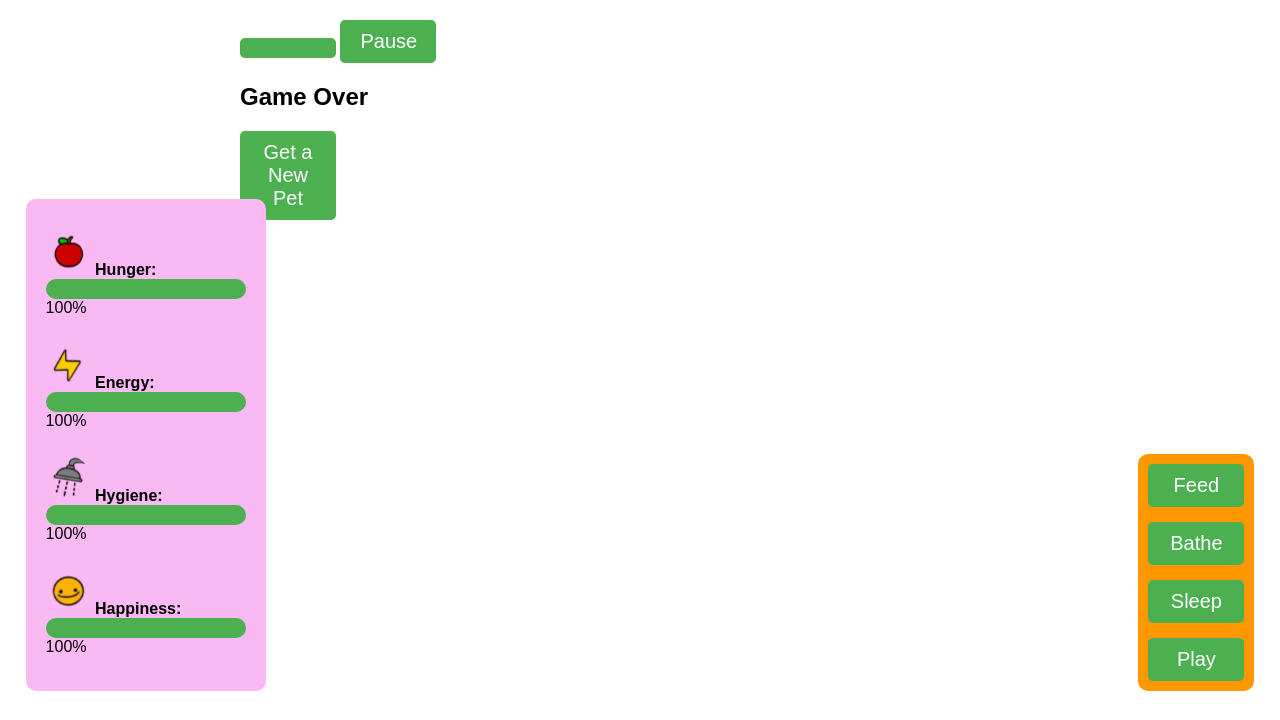
Repository: sarahjx/CapyCare
Page: html/index.html
These files come from the project's save history. The page is drawn as it stood at one moment and after a run of saves; the edit follows.
The browser window is 1280 px wide. The pictures show the whole page.
Some web fonts or font styles are not loaded; a fallback is used.

Above is the page before, as saved 2025-04-30 17:57:53.

### html/index.html
<!-- @format -->

<!DOCTYPE html>
<html lang="en">
  <head>
    <meta charset="UTF-8" />
    <meta name="viewport" content="width=device-width, initial-scale=1.0" />
    <title>Virtual Pet Game</title>
    <link rel="preconnect" href="https://fonts.googleapis.com">
    <link rel="preconnect" href="https://fonts.gstatic.com" crossorigin>
    <link href="https://fonts.googleapis.com/css2?family=McLaren&display=swap" rel="stylesheet">
    <link rel="stylesheet" href="../css/statusbar.css" />
  </head>
  <body>
    <div class="status-bar-container">

      <div class="status-bar">
        <span class="status-icon"><img src="../images/hunger.svg" alt="hunger icon"></span>
        <span class="status-label">Hunger:</span>
        <div class="status-progress">
          <div id="hunger-bar" class="status-fill" style="width: 100%"></div>
        </div>
        <span id="hunger-value">100%</span>
        <div id="hunger-warning" class="warning"></div>
      </div>

      <div class="status-bar">
        <span class="energy-icon"><img src="../images/energy.svg" alt="energy icon"></span>
        <span class="status-label">Energy:</span>
        <div class="status-progress">
          <div id="energy-bar" class="status-fill" style="width: 100%"></div>
        </div>
        <span id="energy-value">100%</span>
        <div id="energy-warning" class="warning"></div>
      </div>

      <div class="status-bar">
        <span class="hygiene-icon"><img src="../images/hygiene.svg" alt="hygiene icon"></span>
        <span class="status-label">Hygiene:</span>
        <div class="status-progress">
          <div id="hygiene-bar" class="status-fill" style="width: 100%"></div>
        </div>
        <span id="hygiene-value">100%</span>
        <div id="hygiene-warning" class="warning"></div>
      </div>

      <div class="status-bar">
        <span class="happiness-icon"><img src="../images/happiness.svg" alt="happiness icon"></span>
        <span class="status-label">Happiness:</span>
        <div class="status-progress">
          <div id="happiness-bar" class="status-fill" style="width: 100%"></div>
        </div>
        <span id="happiness-value">100%</span>
        <div id="happiness-warning" class="warning"></div>
      </div>
    </div>
    <button id="toggle-button"></button>

      <div class="action-buttons">
        <button onclick="feedPet(currentPet)">Feed</button>
        <button onclick="bathePet(currentPet)">Bathe</button>
        <button onclick="bedtime(currentPet)">Sleep</button>
        <button onclick="touchPet(currentPet)">Play</button>
      </div>
      <button id="pauseButton" onclick="togglePause()" class="pause-button">
        Pause
      </button>
    </div>

    <div id="gameOverScreen" class="game-over-screen">
      <div class="game-over-content">
        <h2>Game Over</h2>
        <p id="gameOverMessage"></p>
        <button onclick="resetGame()">Get a New Pet</button>
      </div>
    </div>

    <script src="../backend/status.js"></script>
  </body>
</html>

### css/statusbar.css
:root {
  --primary-color: #F9D9D9;
  --secondary-color: #D9E7F9;
  --tertiary-color: #FFF1FB;
  --accent-color: #F7EFD7;
  --text-color: #333;
  --spacing-xs: 0.5rem;
  --spacing-sm: 0.75rem;
  --spacing-md: 1rem;
  --spacing-lg: 1.5rem;
  --spacing-xl: 2rem;
  --spacing-xxl: 3rem;
  --font-family: 'McLaren', sans-serif;
  --font-size-xs: 0.75rem;
  --font-size-sm: 0.875rem;
  --font-size-md: 1rem;
  --font-size-lg: 1.125rem;
  --font-size-xl: 1.25rem;
  --font-size-xxl: 1.5rem;
}

body {
  font-family: var(--font-family);
  font-weight: 10;
  max-width: 800px;
  margin: 0 auto;
  padding: 20px;
  background-color: #ffffff;
}

.status-bar-container {
  position: fixed;
  background-color: rgb(249, 185, 243);
  padding: 20px;
  border-radius: 10px;
  display: inline-flex;
  flex-direction: column;
  bottom: 4%;
  left: 2%;
}

.status-bar {
  margin: 10px 0;
}

.status-label {
  display: inline-block;
  width: 100px;
  font-weight: bold;
}

.status-progress {
  width: 200px;
  height: 20px;
  background-color: #eee;
  border-radius: 10px;
  overflow: hidden;
}

.status-fill {
  height: 100%;
  background-color: #4caf50;
  transition: width 0.3s ease;
}

.action-buttons {
  margin-top: 20px;
  display: inline-flex;
  flex-direction: column;
  padding: 10px;
  border-radius: 10px;
  gap: 15px;
  background-color: #ff9800;
  position: fixed;
  right: 2%;
  bottom: 4%;

}


button {
  padding: 10px 20px;
  border: none;
  border-radius: 5px;
  background-color: #4caf50;
  color: white;
  cursor: pointer;
  transition: background-color 0.3s;
  width: 6rem;
  font-family: var(--font-family);
  font-weight: 7pt;
  font-size: var(--font-size-xl);

}

button:hover {
  background-color: #45a049;
}

.warning {
  color: #ff9800;
  font-weight: bold;
  margin-top: 5px;
}

.critical {
  color: #f44336;
  font-weight: bold;
  margin-top: 5px;
}

### backend/status.js
/** @format */

function Personality(favFood, active, clean, clingy, foodLover, introText) {
  this.favFood = favFood;
  this.active = active;
  this.clean = clean;
  this.clingy = clingy;
  this.foodLover = foodLover;
  this.intro = introText;
}

const mix1 = new Personality(
  "Sunfruit",
  true,
  true,
  true,
  true,
  "This pet is energetic and playful, always ready to explore or play. They love the taste of Sunfruit and will happily eat it when offered, but they'll need constant attention, so expect lots of petting and cuddling. Despite their active nature, they stay clean and are easy to bathe. This pet loves affection and will return it in kind!"
);
const mix2 = new Personality(
  "Snakberry",
  true,
  true,
  false,
  true,
  "This pet is full of energy and loves to make the most of their days. They are particularly fond of Snakberries, which they will devour happily, but they tend to get hungry more often due to their high energy levels. Despite their active nature, they keep themselves clean and are easy to bathe. They're not overly clingy, so while they'll happily spend time with you, they won't be demanding affection constantly."
);
const mix3 = new Personality(
  "Dreamleaf",
  false,
  false,
  true,
  false,
  "This pet is laid-back and enjoys spending time with you, always seeking your company. They love Dreamleaf as a treat, but they're not particularly food-driven and don't get hungry as often. While they may get a little dirty from time to time, they tend to move around when you try to bathe them. Expect them to seek out your attention frequently, and be ready to shower them with love when they come to you for pets."
);

const personalities = [mix1, mix2, mix3];

// Global variable to store current pet
let currentPet = null;

// Store interval IDs globally
let hungerInterval = null;
let energyInterval = null;
let hygieneInterval = null;
let happinessInterval = null;

let isGameOver = false;

function getRandomPersonality() {
  const randomIndex = Math.floor(Math.random() * personalities.length);
  currentPet = personalities[randomIndex];
  console.log("New pet initialized:", currentPet.intro);
  return currentPet;
}

let hunger = 100;
let energy = 100;
let hygiene = 100;
let happiness = 100;

// Personality-based status decrease functions
function decreaseHunger() {
  if (!currentPet || isGameOver) return;

  // Food lovers get hungry faster
  const decreaseAmount = currentPet.foodLover ? 15 : 10;
  if (hunger <= 0) {
    hunger = 0;
    if (checkGameOver()) return;
  } else if (hunger > 0) {
    hunger -= decreaseAmount;
    if (checkGameOver()) return;
  }
  console.log("Hunger: " + hunger);
  warning();
}

function decreaseEnergy() {
  if (!currentPet || isGameOver) return;

  // Active pets lose energy faster
  const decreaseAmount = currentPet.active ? 15 : 10;
  if (energy <= 0) {
    energy = 0;
    if (checkGameOver()) return;
  } else if (energy > 0) {
    energy -= decreaseAmount;
    if (checkGameOver()) return;
  }
  console.log("Energy: " + energy);
  warning();
}

function decreaseHygiene() {
  if (!currentPet || isGameOver) return;

  // Clean pets lose hygiene slower
  const decreaseAmount = currentPet.clean ? 8 : 12;
  if (hygiene <= 0) {
    hygiene = 0;
    if (checkGameOver()) return;
  } else if (hygiene > 0) {
    hygiene -= decreaseAmount;
    if (checkGameOver()) return;
  }
  console.log("Hygiene: " + hygiene);
  warning();
}

function decreaseHappiness() {
  if (!currentPet || isGameOver) return;

  // Clingy pets lose happiness faster when not attended to
  const decreaseAmount = currentPet.clingy ? 15 : 10;
  if (happiness <= 0) {
    happiness = 0;
    if (checkGameOver()) return;
  } else if (happiness > 0) {
    happiness -= decreaseAmount;
    if (checkGameOver()) return;
  }
  console.log("Happiness: " + happiness);
  warning();
}

// Update intervals with personality-based timing
function updateIntervals() {
  // Clear any existing intervals
  if (hungerInterval) clearInterval(hungerInterval);
  if (energyInterval) clearInterval(energyInterval);
  if (hygieneInterval) clearInterval(hygieneInterval);
  if (happinessInterval) clearInterval(happinessInterval);

  // Set new intervals based on personality
  hungerInterval = setInterval(
    () => {
      decreaseHunger();
      warning();
    },
    currentPet.foodLover ? 6000 : 8000
  );

  energyInterval = setInterval(
    () => {
      decreaseEnergy();
      warning();
    },
    currentPet.active ? 8000 : 12000
  );

  hygieneInterval = setInterval(
    () => {
      decreaseHygiene();
      warning();
    },
    currentPet.clean ? 18000 : 15000
  );

  happinessInterval = setInterval(
    () => {
      decreaseHappiness();
      warning();
    },
    currentPet.clingy ? 8000 : 10000
  );

  console.log("Intervals updated for pet:", currentPet.intro);
}

// Pause game function
function pauseGame() {
  if (hungerInterval) clearInterval(hungerInterval);
  if (energyInterval) clearInterval(energyInterval);
  if (hygieneInterval) clearInterval(hygieneInterval);
  if (happinessInterval) clearInterval(happinessInterval);
  console.log("Game paused");
}

// Resume game function
function resumeGame() {
  updateIntervals();
  console.log("Game resumed");
}

// Initialize with a random pet and start intervals
currentPet = getRandomPersonality();
updateIntervals();

function touchPet(personality) {
  if (personality.clingy) {
    gainStatus("happiness");
    console.log("Your pet loves the attention!");
  } else {
    loseStatus("happiness");
    console.log("Your pet prefers their space.");
  }
}

function feedPet(personality) {
  gainStatus("hunger"); // Always increase hunger
  if (personality.foodLover) {
    gainStatus("happiness");
    console.log("Your pet loves the food!");
  } else {
    loseStatus("happiness");
    console.log("Your pet isn't very interested in food.");
  }
}

function bathePet(personality) {
  gainStatus("hygiene"); // Always increase hygiene
  if (personality.clean) {
    gainStatus("happiness");
    console.log("Your pet enjoys being clean!");
  } else {
    loseStatus("happiness");
    console.log("Your pet doesn't like baths.");
  }
}

function bedtime(personality) {
  gainStatus("energy"); // Always increase energy
  if (personality.active) {
    loseStatus("happiness");
    console.log("Your pet is too energetic to sleep!");
  } else {
    gainStatus("happiness");
    console.log("Your pet enjoys resting.");
  }
}

function gainStatus(category) {
  switch (category) {
    case "hunger":
      if (hunger >= 100) {
        console.log("Hunger is full!");
      } else if (hunger < 100) {
        hunger += 10;
        console.log("Hunger: " + hunger);
      }
      break;
    case "energy":
      if (energy >= 100) {
        console.log("Energy is full!");
      } else if (energy < 100) {
        energy += 10;
        console.log("Energy: " + energy);
      }
      break;
    case "hygiene":
      if (hygiene >= 100) {
        console.log("Hygiene is full!");
      } else if (hygiene < 100) {
        hygiene += 10;
        console.log("Hygiene: " + hygiene);
      }
      break;
    case "happiness":
      if (happiness >= 100) {
        console.log("Happiness is full!");
      } else if (happiness < 100) {
        happiness += 10;
        console.log("Happiness: " + happiness);
      }
      break;
    default:
      console.log("Invalid category");
  }
}

function loseStatus(category) {
  switch (category) {
    case "hunger":
      if (hunger <= 0) {
        console.log("Hunger is empty!");
        hunger = 0;
      } else if (hunger > 0) {
        hunger -= 10;
        console.log("Hunger: " + hunger);
      }
      break;
    case "energy":
      if (energy <= 0) {
        console.log("Energy is empty!");
        energy = 0;
      } else if (energy > 0) {
        energy -= 10;
        console.log("Energy: " + energy);
      }
      break;
    case "hygiene":
      if (hygiene <= 0) {
        console.log("Hygiene is empty!");
        hygiene = 0;
      } else if (hygiene > 0) {
        hygiene -= 10;
        console.log("Hygiene: " + hygiene);
      }
      break;
    case "happiness":
      if (happiness <= 0) {
        console.log("Happiness is empty!");
        happiness = 0;
      } else if (happiness > 0) {
        happiness -= 10;
        console.log("Happiness: " + happiness);
      }
      break;
    default:
      console.log("Invalid category");
  }
}

function warning() {
  // Hunger warnings
  if (hunger <= 50 && hunger > 20) {
    document.getElementById("hunger-warning").textContent =
      "Your pet is getting hungry!";
    document.getElementById("hunger-warning").className = "warning";
  } else if (hunger <= 20 && hunger > 0) {
    document.getElementById("hunger-warning").textContent =
      "Your pet is starving!";
    document.getElementById("hunger-warning").className = "critical";
  } else {
    document.getElementById("hunger-warning").textContent = "";
  }

  // Energy warnings
  if (energy <= 50 && energy > 20) {
    document.getElementById("energy-warning").textContent =
      "Your pet is getting tired!";
    document.getElementById("energy-warning").className = "warning";
  } else if (energy <= 20 && energy > 0) {
    document.getElementById("energy-warning").textContent =
      "Your pet is exhausted!";
    document.getElementById("energy-warning").className = "critical";
  } else {
    document.getElementById("energy-warning").textContent = "";
  }

  // Hygiene warnings
  if (hygiene <= 50 && hygiene > 20) {
    document.getElementById("hygiene-warning").textContent =
      "Your pet needs a bath!";
    document.getElementById("hygiene-warning").className = "warning";
  } else if (hygiene <= 20 && hygiene > 0) {
    document.getElementById("hygiene-warning").textContent =
      "Your pet is filthy!";
    document.getElementById("hygiene-warning").className = "critical";
  } else {
    document.getElementById("hygiene-warning").textContent = "";
  }

  // Happiness warnings
  if (happiness <= 50 && happiness > 20) {
    document.getElementById("happiness-warning").textContent =
      "Your pet is getting sad!";
    document.getElementById("happiness-warning").className = "warning";
  } else if (happiness <= 20 && happiness > 0) {
    document.getElementById("happiness-warning").textContent =
      "Your pet is depressed!";
    document.getElementById("happiness-warning").className = "critical";
  } else {
    document.getElementById("happiness-warning").textContent = "";
  }
}

function checkGameOver() {
  if (hunger <= 0 || energy <= 0 || hygiene <= 0 || happiness <= 0) {
    isGameOver = true;
    pauseGame();
    showGameOver();
    return true;
  }
  return false;
}

function showGameOver() {
  let reason = "";
  if (hunger <= 0) reason = "Your pet starved to death!";
  else if (energy <= 0) reason = "Your pet died from exhaustion!";
  else if (hygiene <= 0) reason = "Your pet died from poor hygiene!";
  else if (happiness <= 0) reason = "Your pet died from sadness!";

  console.log("GAME OVER: " + reason);
  document.getElementById("gameOverMessage").textContent = reason;
  document.getElementById("gameOverScreen").style.display = "flex";
}

function resetGame() {
  isGameOver = false;
  hunger = 70;
  energy = 70;
  hygiene = 70;
  happiness = 70;
  document.getElementById("gameOverScreen").style.display = "none";
  currentPet = getRandomPersonality();
  updateStatusBars();
  updateIntervals();
}

let isPaused = false;

      function togglePause() {
        isPaused = !isPaused;
        const pauseButton = document.getElementById("pauseButton");
        const buttons = document.querySelectorAll(
          ".buttons button:not(#pauseButton)"
        );

        if (isPaused) {
          pauseButton.textContent = "Resume";
          pauseButton.classList.add("paused");
          buttons.forEach((button) => (button.disabled = true));
          pauseGame();
        } else {
          pauseButton.textContent = "Pause";
          pauseButton.classList.remove("paused");
          buttons.forEach((button) => (button.disabled = false));
          resumeGame();
        }
      }

      // Update status bars
      function updateStatusBars() {
        document.getElementById("hunger-bar").style.width = hunger + "%";
        document.getElementById("energy-bar").style.width = energy + "%";
        document.getElementById("hygiene-bar").style.width = hygiene + "%";
        document.getElementById("happiness-bar").style.width = happiness + "%";

        document.getElementById("hunger-value").textContent = hunger + "%";
        document.getElementById("energy-value").textContent = energy + "%";
        document.getElementById("hygiene-value").textContent = hygiene + "%";
        document.getElementById("happiness-value").textContent =
          happiness + "%";
      }

      // Override console.log to update UI
      const originalConsoleLog = console.log;
      console.log = function () {
        originalConsoleLog.apply(console, arguments);
        updateStatusBars();
      };

      // Initial update
      updateStatusBars();

After the next 2 saves:
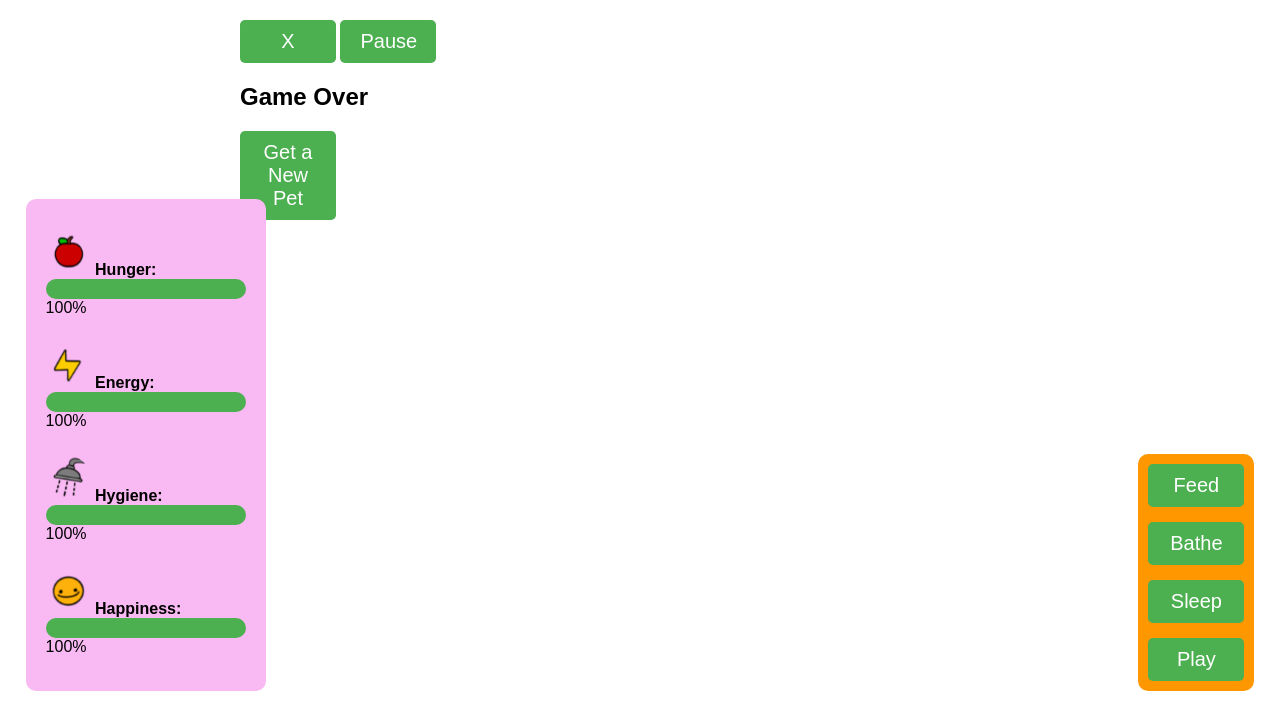
The 2 saves are shown as one change because they came seconds apart.
The last was saved 7 s later.
--- a/html/index.html
+++ b/html/index.html
@@ -54,7 +54,7 @@
         <div id="happiness-warning" class="warning"></div>
       </div>
     </div>
-    <button id="toggle-button"></button>
+    <button id="toggle-but">X</button>
 
       <div class="action-buttons">
         <button onclick="feedPet(currentPet)">Feed</button>
